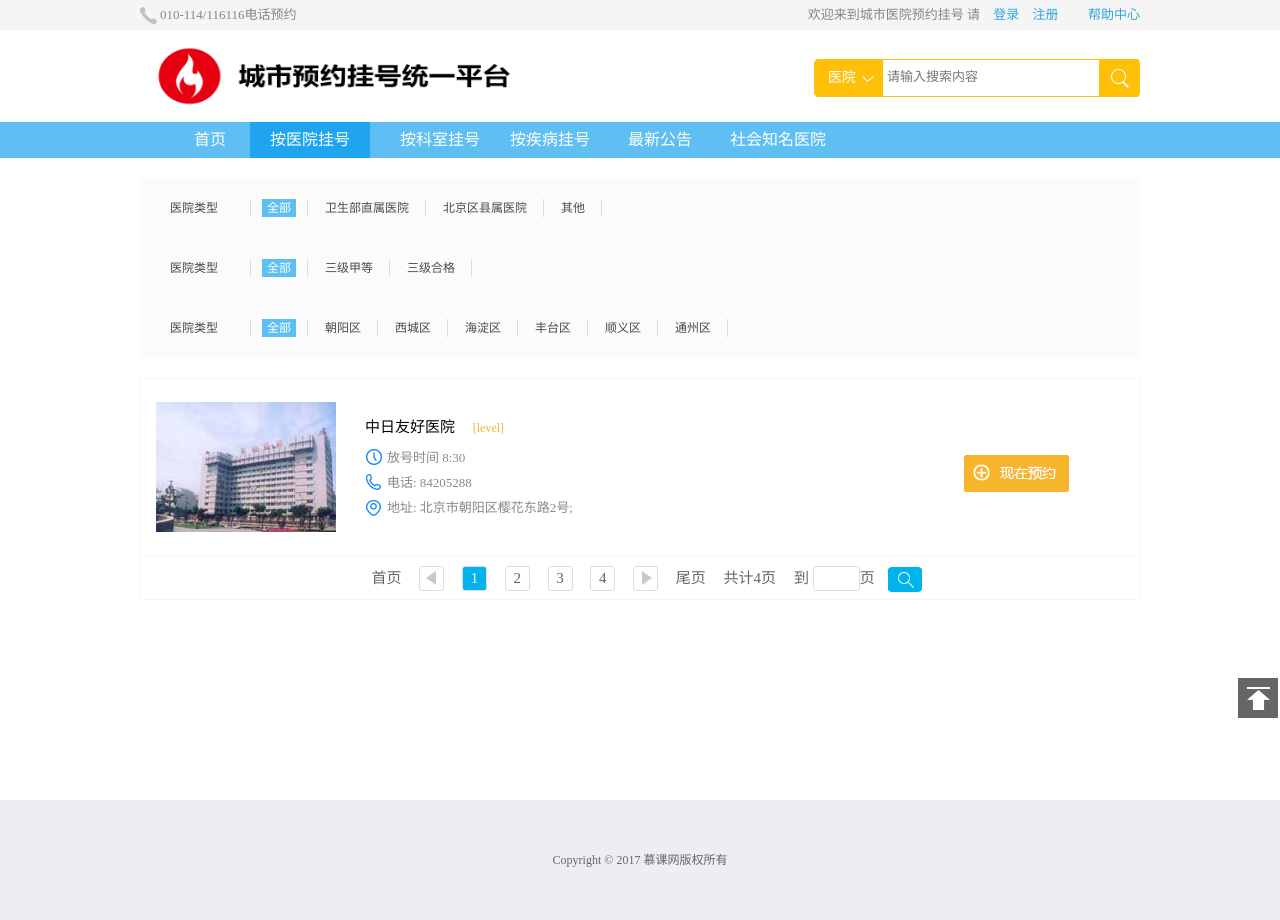
Repository: ScarApocalypse/study
Page: 挂号平台/hosptial.html
An editor plug-in stored every save of this project. The page is shown before and after the next save, followed by the edit.
The browser window is 1280 px wide. The pictures show the whole page.

Above is the page before, as saved 2019-01-22 17:02:29.

### 挂号平台/hosptial.html
<!DOCTYPE html>
<html lang="en">

<head>
    <meta charset="UTF-8">
    <title>城市预约挂号</title>
    <link rel="stylesheet" href="css/layout.css">
    <link rel="stylesheet" type="text/css" href="css/base.css">
    <link rel="stylesheet" type="text/css" href="css/ui.css">
    <link rel="stylesheet" href="css/hosptial.css">
    <script type="text/javascript" src="js/jquery-1.7.1.min.js"></script>
    <script type="text/javascript" src="js/data.js"></script>
    <script src="js/hosptial.js"></script>
</head>

<body>
    <!-- 顶部区域 -->
    <div id="top" class="top">
        <div class="wrap">
            <p class="call">010-114/116116电话预约</p>
            <p class="welcome">欢迎来到城市医院预约挂号&nbsp;请&nbsp;<a href="#">登录</a>
                <a href="#">注册</a>
                &nbsp;&nbsp;&nbsp;&nbsp;
                <a href="#">帮助中心</a>
            </p>

        </div>
    </div>
    <!-- 头部区域 -->
    <div id="header" class="header">
        <div class="wrap">
            <a href="index.html" class="logo">
                <img src="img/logo.png">
            </a>
            <div class="search ui-search">
                <div class="ui-search-selected">医院</div>
                <div class="ui-search-selected-list">
                    <a href="#">科室</a>
                    <a href="#">疾病</a>
                    <a href="#">医院</a>

                </div>
                <input class="ui-search-input" type="text" name="search-content" placeholder="请输入搜索内容">
                <a href="#" class="ui-search-submit"></a>
            </div>
        </div>
    </div>
    <!-- 导航栏区域 -->
    <div id="nav" class="nav">
        <div class="wrap">
            <a href="index.html" class="link">首页</a>
            <a href="hosptial.html" class="link link_focus">按医院挂号</a>
            <a href="#" class="link">按科室挂号</a>
            <a href="#" class="link">按疾病挂号</a>
            <a href="#" class="link">最新公告</a>
            <a href="#" class="link right">社会知名医院</a>
        </div>
    </div>
    <!-- 筛选区域 -->
    <div id="filter" class="filter wrap">
        <!-- 标题区域 -->
        <div class="group">
            <div class="caption">
                医院类型
                <a href="#" class="condition condition_focus">全部</a>

            </div>
            <a href="#" class="condition">卫生部直属医院</a>
            <a href="#" class="condition">北京区县属医院</a>
            <a href="#" class="condition">其他</a>
        </div>
        <div class="group">
            <div class="caption">
                医院类型
                <a href="#" class="condition condition_focus">全部</a>

            </div>
            <a href="#" class="condition">卫生部直属医院</a>
            <a href="#" class="condition">北京区县属医院</a>
            <a href="#" class="condition">其他</a>
        </div>
        <div class="group">
            <div class="caption">
                医院类型
                <a href="#" class="condition condition_focus">全部</a>

            </div>
            <a href="#" class="condition">卫生部直属医院</a>
            <a href="#" class="condition">北京区县属医院</a>
            <a href="#" class="condition">其他</a>
        </div>

    </div>
    <!-- 列表区域 -->
    <!-- 列表模板 -->
    <script type="text/template" id="template_datalist_ite">
        <div class="item">
            <div class="cover"><img src="[imgUrl]" alt=""></div>
            <div class="name">
                [name]
                <span class="level">[level]</span>
            </div>
            <div class="time">放号时间 [time]</div>
            <div class="phone">电话: [phone]</div>
            <div class="address">地址: [address];</div>
            <a href="#" class="button">&nbsp;</a>
        </div>
    </script>
    <div class="datalist wrap">
        <div class="item">
            <div class="cover"><img src="img/hospital-1.jpg" alt=""></div>
            <div class="name">
                首都医科大学附属北京同仁医院
                <span class="level">三级甲等</span>
            </div>
            <div class="time">放号时间 8:30</div>
            <div class="phone">电话: 010-1234567</div>
            <div class="address">地址:北京市东城区东交民巷1号(西区);</div>
            <a href="#" class="button">&nbsp;</a>
        </div>
        <div class="item">
            <div class="cover"><img src="img/hospital-1.jpg" alt=""></div>
            <div class="name">
                首都医科大学附属北京同仁医院
                <span class="level">三级甲等</span>
            </div>
            <div class="time">放号时间 8:30</div>
            <div class="phone">电话: 010-1234567</div>
            <div class="address">地址:北京市东城区东交民巷1号(西区);</div>
            <a href="#" class="button">&nbsp;</a>
        </div>
        <div class="item">
            <div class="cover"><img src="img/hospital-1.jpg" alt=""></div>
            <div class="name">
                首都医科大学附属北京同仁医院
                <span class="level">三级甲等</span>
            </div>
            <div class="time">放号时间 8:30</div>
            <div class="phone">电话: 010-1234567</div>
            <div class="address">地址:北京市东城区东交民巷1号(西区);</div>
            <a href="#" class="button">&nbsp;</a>
        </div>
    </div>
    <!-- 分页区域 -->
    <div class="pagination wrap">
        <a href="#0" class="item item_text">首页</a>
        <a href="#0" class="item item_icon item_prev">&nbsp;</a>
        <span class="page_wrap">
            <a href="#1" class="item item_page">1</a>
            <a href="#1" class="item item_page item_page_focus">2</a>
            <a href="#1" class="item item_page">3</a>
        </span>
        <a href="#0" class="item item_icon item_next">&nbsp;</a>
        <a href="#0" class="item item_text">尾页</a>
        <a href="#0" class="item item_count">共计3页</a>
        <span href="0" class="item item_text">到
            <input type="text" class="input_page" name="input_page">页
            <input type="button" class="input_submit" value="">

        </span>

    </div>
    <!-- 页脚区域 -->
    <div id="footer" class="footer">
        Copyright &copy 2017 慕课网版权所有
    </div>
    <!-- 回到顶部 -->
    <a class="go-top" href="#"></a>
    <script type="text/javascript" src="js/ui.js"></script>
</body>

</html>

### 挂号平台/css/layout.css
*{
	margin:0;
	padding:0;
}
.clearfix:after{
	content:' ';
	display: block;
	height:0;
	line-height: 0;
	clear:both;
	zoom:1;
}
.wrap{
	width: 1000px;
	margin:0 auto;
	position: relative;
}
.top{
	height: 30px;
	background-color:#f5f5f5;
}
.header{
	height: 92px;
}
.nav{
	height: 36px;
	background-color:#60bff2;
}
.banner{
	width: 802px;
	margin:0 auto;
	height: 414px;
	padding:9px 0 0 198px;
}
.banner-slider{
	float: left;
	width: 544px;
	height: 414px;
	background-color: #8edff3;
}
.banner-search{
	float:right;
	width:250px;
	height:255px;
	background-color: #eee;
}
.banner-help{
	float: right;
	width: 250px;
	height: 146px;
	background-color: #ccc;
	margin-top:12px;
}
.content{
	padding:10px 0 38px 0;
}
.content-tab{
	float: left;
	width: 742px;
	height: 490px;
	background-color: #eee;
}
.content-close,
.content-news{
	float: right;
	width: 248px;
	height: 236px;
	border:1px solid #ccc;
}
.content-close{
	margin-top:12px;
	border-color:red;
}
.footer{
	height:70px;
	padding:25px;
	background-color: #eceef2;
}

### 挂号平台/css/ui.css
/*ui-search搜索*/
.ui-search {
	background: url(../img/ui-search.jpg);
	font-size: 14px;
	color: #fff;
	position: relative;
}

.ui-search-selected {
	width: 70px;
	height: 38px;
	line-height: 38px;
	position: absolute;
	left: 0;
	top: 0;
	text-indent: 14px;
}

.ui-search-selected-list {
	display: none;
	position: absolute;
	width: 67px;
	line-height: 24px;
	background-color: #fff;
	box-shadow: 3px 3px 5px rgba(0, 0, 0, .2);
	left: 2px;
	top: 36px;
	z-index: 2;
}

.ui-search-selected-list a {
	display: block;
	text-align: center;
	color: #a5a2a2;
}

.ui-search-selected-list a:hover {
	background-color: #ebeef5;
}

.ui-search-input {
	width: 208px;
	height: 26px;
	position: absolute;
	top: 5px;
	left: 73px;
	line-height: 26px;
	font-size: 13px;
	color: #a5a2a2;
}

.ui-search-submit {
	display: block;
	position: absolute;
	right: 0;
	top: 1px;
	width: 40px;
	height: 36px;
}

/* ui-menu分类菜单 */
.ui-menu{}
.ui-menu-item{
	height: 22px;
	line-height: 22px;
	padding:8px 5px 9px 6px;
	/* margin-left:2px; */
	/* position: relative; */
}
.ui-menu-item:hover{
	background: #fff;
}
.ui-menu-item-department{
	float: left;
	height: 22px;
	line-height: 22px;
	position: relative;
	padding-left:30px;
	font-size:14px;
	color:#fff;
}
.ui-menu-item-department:before{
	content:'';
	display:block;
	width: 22px;
	height: 21px;
	position: absolute;
	left:0;
	top:1px;
	background:url('../img/icon-menu.jpg') -22px 0 no-repeat;
}
.ui-menu-item:nth-child(2) .ui-menu-item-department:before{
	background-position-y:-22px;
}
.ui-menu-item:nth-child(3) .ui-menu-item-department:before{
	background-position-y:-66px;
}
.ui-menu-item-disease{
	font-size: 12px;
	float:right;
	padding-left:5px;
	color:#d7f3ff
}
.ui-menu-item:hover .ui-menu-item-department:before{
	background-position-x: 0;
}
.ui-menu-item:hover .ui-menu-item-department{
	color:#333;
}
.ui-menu-item:hover .ui-menu-item-disease{
	color:#868686;
}
.ui-menu-item:hover .ui-menu-item-detail{
	display: block;
}
.ui-menu-item-detail{
	display:none;
	position: absolute;
	width: 500px;
	height: 393px;
	padding:20px 10px 10px 29px;
	background:#fff url(../img/bg-menu.jpg) center no-repeat;
	top:0;
	left:190px;
	box-shadow:5px 5px 2px rgba(0,0,0,.1);
	z-index:9;

}
.ui-menu-item-detail-group{
	padding-bottom:20px;
	text-align: left;


}
.ui-menu-item-detail-group-caption{
	width: 100%;
	display:block;
	color:#666;
	font-size:16px;
	font-weight:bold;
	line-height: 34px;
	height: 34px;
}
.ui-menu-item-detail-group-list{
	line-height: 23px;
}
.ui-menu-item-detail-group-list a{
	display: inline-block;
	color:#868686;
	margin-right:8px;
	font-size:12px;
	padding-bottom:5px;
}
.ui-menu-item-detail-group-list a:after{
	content:'|';
	color:#eee;
	padding-left:8px;
}
/* ui-slider组件 */
.ui-slider{
	width: 544px;
	height: 414px;
	position: relative;
	overflow: hidden;
}
.ui-slider-wrap{
	width: 99999px;
	height: 414px;
	position: absolute;
	left:0;
	right:0;
	transition:all .5s;
}
.ui-slider-wrap .item{
	display: block;
	float:left;
	width: 544px;
	height: 414px;
}
.ui-slider-arrow{
	width: 544px;
	height: 40px;
	position: absolute;
	/* background: #000;	 */
	top:50%;
	transform: translateY(-50%);
}
.ui-slider-arrow .item{
	display: block;
	width: 40px;
	height: 40px;
	position: absolute;
	top:0;
	background: url(../img/ui-slider-arrow.png) no-repeat;
}
.ui-slider-arrow .left{
	left:0;
}
.ui-slider-arrow .right{
	right:0;
	background-position: -40px 0;
}
.ui-slider-process{
	width: 544px;
	height: 12px;
	text-align: center;
	position: absolute;
	left:0;
	bottom:20px;
}
.ui-slider-process .item{
	display: inline-block;
	width: 16px;
	height: 16px;
	background:url(../img/ui-slider-process.png) no-repeat;

}
.ui-slider-process .item_focus,
.ui-slider-process .item:hover{
	background-position: -23px 0;
}

### 挂号平台/css/hosptial.css
/* 筛选区域 */
.filter{
    min-height: 100px;
    background-color: #fbfbfb;
    margin:20px auto;
}
.filter .group{
    padding:15px 60px 15px 180px;
    color:#4c4948;
    font-size:12px;
    line-height: 18px;
    min-height:30px;
    position: relative;
}
.filter .group .caption{
    position: absolute;
    left: 30px;
    top: 21px;
    width: 150px;
}
.filter .group .condition{
   color:#4c4948;
   display: inline-block;
   position: relative;
   margin:6px 24px 6px 0px;
   padding:0 5px;
}
.filter .group .caption .condition{
    position: absolute;
    right:0;
    top: -6px;
}
.filter .group .caption .condition::before,
.filter .group .condition::after{
    content:'';
    display: block;
    width: 1px;
    height: 18px;
    background: #dcdddd;
    position: absolute;
    top:0;
    right:-12px;
}
.filter .group .caption .condition::before{
    left:-12px;
}
.filter .group .condition_focus,
.filter .group .condition:hover{
    color:#fff;
    background-color:#60bff2;
}
/* 医院列表 */
.datalist .item{
    height: 130px;
    padding:23px 0 23px 224px;
    border:1px solid #f4f6fa;
    border-bottom:none;
    position: relative;
}
.datalist .item .cover{
    width: 180px;
    height: 130px;
    position: absolute;
    overflow: hidden;
    left: 15px;
    top: 23px;
}
.datalist .item:hover{
    background-color:#f5fcff;
}
.data .item .cover img{
    width: 100%;
    height: 100%;
}
.datalist .item .name{
    padding:13px 0;
    color:#000;
    font-size:15px;
}
.datalist .item .name .level{
    padding:0 2px 0 14px;
    color:#f7b52c;
    font-size: 12px;
}
.datalist .item .address,
.datalist .item .phone,
.datalist .item .time{
    margin-bottom:8px;
    font-size: 13px;
    color:#888;
    line-height: 17px;
    padding-left:22px;
    background: url(../img/icon-tel.png) no-repeat;
    background-position: 1px -36px;
}
.datalist .item .phone{
    background-position: 1px 0;
}
.datalist .item .address{
    background-position: 1px -17px;
}
.datalist .item .button{
    position: absolute;
    width: 105px;
    height: 37px;
    right: 70px;
    top:76px;
    display: block;
    background:url(../img/button-now.png) no-repeat  center left;
}
.datalist .item .button:hover{
    background-position: center right;
}
/* 分页区域 */
.pagination{
    height: 45px;
    line-height: 25px;
    border:1px solid #f4f6fa;
    text-align: center;
    color:#666;
    font-size:15px;
    margin-bottom:200px;
    padding:10px 0;
    box-sizing: border-box;
}
.pagination .item{
    margin-left:14px;
    color:#666;
    display: inline-block;
}
.pagination .item_icon:hover{
    background-color: #00b3ec;
}
.pagination .item_icon{
    background:url(../img/icon-pagination-arrow.png) no-repeat;
}
.pagination .item_prev{
    background-position: 6px -15px;
}
.pagination .item_prev:hover{
    background-position: -20px -15px;
}
.pagination .item_next{
    background-position: 8px 4px;
}
.pagination .item_next:hover{
    background-position: -18px 4px;
}
.pagination .input_page,
.pagination .item_page,
.pagination .item_icon{
    display: inline-block;
    width: 23px;
    height: 23px;
    line-height: 23px;
    border:solid 1px #dcdddd;
    border-radius:3px;
}
.pagination .item_page_focus{
    background:#00b3ec;
    color:#fff
}
.pagination .input_page{
    width: 45px;
    text-align: center;
}
.pagination .input_submit{
    width: 34px;
    height: 25px;
    display: inline-block;
    margin-left:10px;
    background:url(../img/icon-pagination-go.png);
    vertical-align:middle;
}

### 挂号平台/js/hosptial.js
$(function(){
//    给出所有的筛选条件
    var arrConditionArea=AjaxRemoteGetData.getDistinctArea().slice(1);
    console.log(arrConditionArea);
    var arrConditionLevel =AjaxRemoteGetData.getDistinctLevel().slice(1);
    var arrConditionType=AjaxRemoteGetData.getDistinctType().slice(1);
    $('.filter .group>.condition').remove();
    $.each(arrConditionArea,function(i,item){
        var c=$('<a href="#" class="condition">'+item+'</a>');
        $('.filter .group').eq(2).append(c);
    });
    $.each(arrConditionLevel,function(i,item){
        var c=$('<a href="#" class="condition">'+item+'</a>');
        $('.filter .group').eq(1).append(c);
    });
    $.each(arrConditionType,function(i,item){
        var c=$('<a href="#" class="condition">'+item+'</a>');
        $('.filter .group').eq(0).append(c);
    });
    // 筛选条件事件监听,动态获取新的数据,AjaxRemoteGetData.getHospitalArrByFilter
    var DataHospital=[];
    $('.filter')
        .on('initEvent',function(){
            var filter=$(this);
            filter.find('.condition').on('click',function(){
                var condition=$(this);
                var group=condition.parents('.group').eq(0);
                group.find('.condition').removeClass('condition_focus');
                condition.addClass('condition_focus');
                filter.triggerHandler('reloadData');
                return false;
            });
            filter.triggerHandler('reloadData');
        })
        .on('reloadData',function(){
            var type=$('.filter .group').eq(0).find('.condition_focus').text();
            var level=$('.filter .group').eq(1).find('.condition_focus').text();
            var area=$('.filter .group').eq(2).find('.condition_focus').text();
            DataHospital=AjaxRemoteGetData.getHospitalArrByFilter(type,level,area);
            $('.pagination').triggerHandler('initPageNumber');
        });
        // 分页设置事件监听&处理数据渲染
        var pageSize=3;//每页显示条数
        var pageCount=0;//总共页数
        var currentPage=0;//当前页数，0=1页
        $('.pagination')
        .on('initPageNumber',function(){
            pageCount=Math.ceil(DataHospital.length / pageSize);
            currentPage=0;
            var page_wrap=$('.page_wrap',this);

            page_wrap.empty();
            console.log(pageCount);
            for(i=0;i<pageCount;i++){
                var page=' <a href="#1" class="item item_page">'+(i+1)+'</a>';
                page_wrap.append(page);
            }
            $('.item_count',this).text('共计'+pageCount+'页');
            $('.datalist').triggerHandler('render');
        })
        .on('initEventAndDelegate',function(){
            // 处理按钮事件、页码切换
            var pagination=$(this);
            var page_wrap=$('page_wrap',pagination);
            // 首页、尾页
            $('item_first',pagination).on('click',function(){
                currentPage=0;
                $('.datalist').triggerHandler('render');
                return false;
            });
            $('item_last',pagination).on('click',function(){
                currentPage=pageCount-1;
                $('.datalist').triggerHandler('render');
                return false;
            });
            // 上页，下页
            $('item_prev',pagination).on('click',function(){
                if(currentPage>0){
                    currentPage--;
                }
                $('.datalist').triggerHandler('render');
                return false;
            });
            $('item_prev',pagination).on('click',function(){
                if(currentPage<pageCount-1){
                    currentPage++;
                }
                $('.datalist').triggerHandler('render');
                return false;
            });
            // 因为.item_page是生成的元素，因此用delegate来注册事件
            page_wrap.delegate('item_page','click',function(){
                currentPage=$(this).index();
                $('.datalist').triggerHandler('render');
                return false;
            });
            $('input_submit',pagination).on('click',function(){
                var goPage=$('input_page',pagination).val()-1;
                if(goPage>=0&&goPage<pageCount){
                    currentPage=goPage;
                    $('.datalist').triggerHandler('render');
                }
            });
        })
        .triggerHandler('initEventAndDelegate');
        // 数据列表呈现数据
        var template=$('#template_datalist_ite').html();
        $('.datalist')
        .on('render',function(){
            // 渲染下当前页面高亮
            $('.pagination .page_wrap').find('.item_page')
                .removeClass('item_page_focus')
                .eq(currentPage).addClass('item_page_focus');
            var datalist=$(this);
            datalist.empty();
            var arrData=DataHospital.slice(currentPage*pageSize,(currentPage+1)*pageSize);
            // 循环所有数据，列表数据
            console.log(arrData);
            for(i=0,j=arrData.length;i<j;i++){
                var d=arrData[i];
                var objectData={
                    'area':d[0],
                    'lever':d[1],
                    'type':d[2],
                    'name':d[3],
                    'address':d[4],
                    'phone':d[5],
                    'imgUrl':d[6],
                    'time':d[7],
                };
            }
            var html=template;
            for(k in objectData){
                var v=objectData[k];
                html=html.replace('['+k+']',v);
            }
            datalist.append(html);
        });
        $('.filter').triggerHandler('initEvent');
        $('body').click(function(){
            console.log("sss");
        });
});

Loaded but not shown: 挂号平台/js/jquery-1.7.1.min.js (library); 挂号平台/js/data.js (172 lines, source omitted); 挂号平台/js/ui.js (146 lines, source omitted); 挂号平台/css/base.css (331 lines, source omitted)

After the next save:
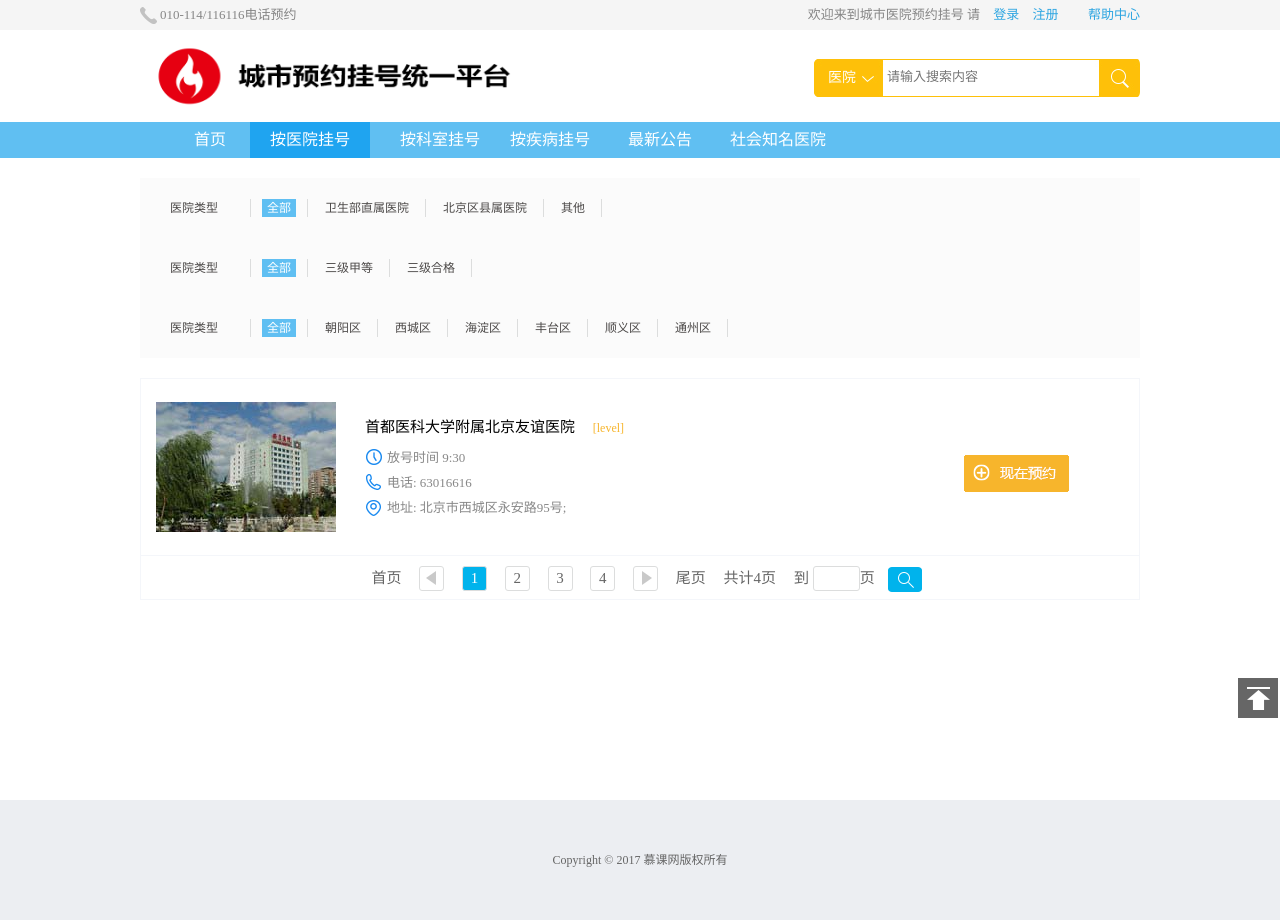
Saved 2 min 13 s later.
--- a/挂号平台/js/hosptial.js
+++ b/挂号平台/js/hosptial.js
@@ -36,7 +36,7 @@ $(function(){
             var type=$('.filter .group').eq(0).find('.condition_focus').text();
             var level=$('.filter .group').eq(1).find('.condition_focus').text();
             var area=$('.filter .group').eq(2).find('.condition_focus').text();
-            DataHospital=AjaxRemoteGetData.getHospitalArrByFilter(type,level,area);
+            DataHospital=AjaxRemoteGetData.getHospitalArrByFilter(type,level,area).slice(1);
             $('.pagination').triggerHandler('initPageNumber');
         });
         // 分页设置事件监听&处理数据渲染
